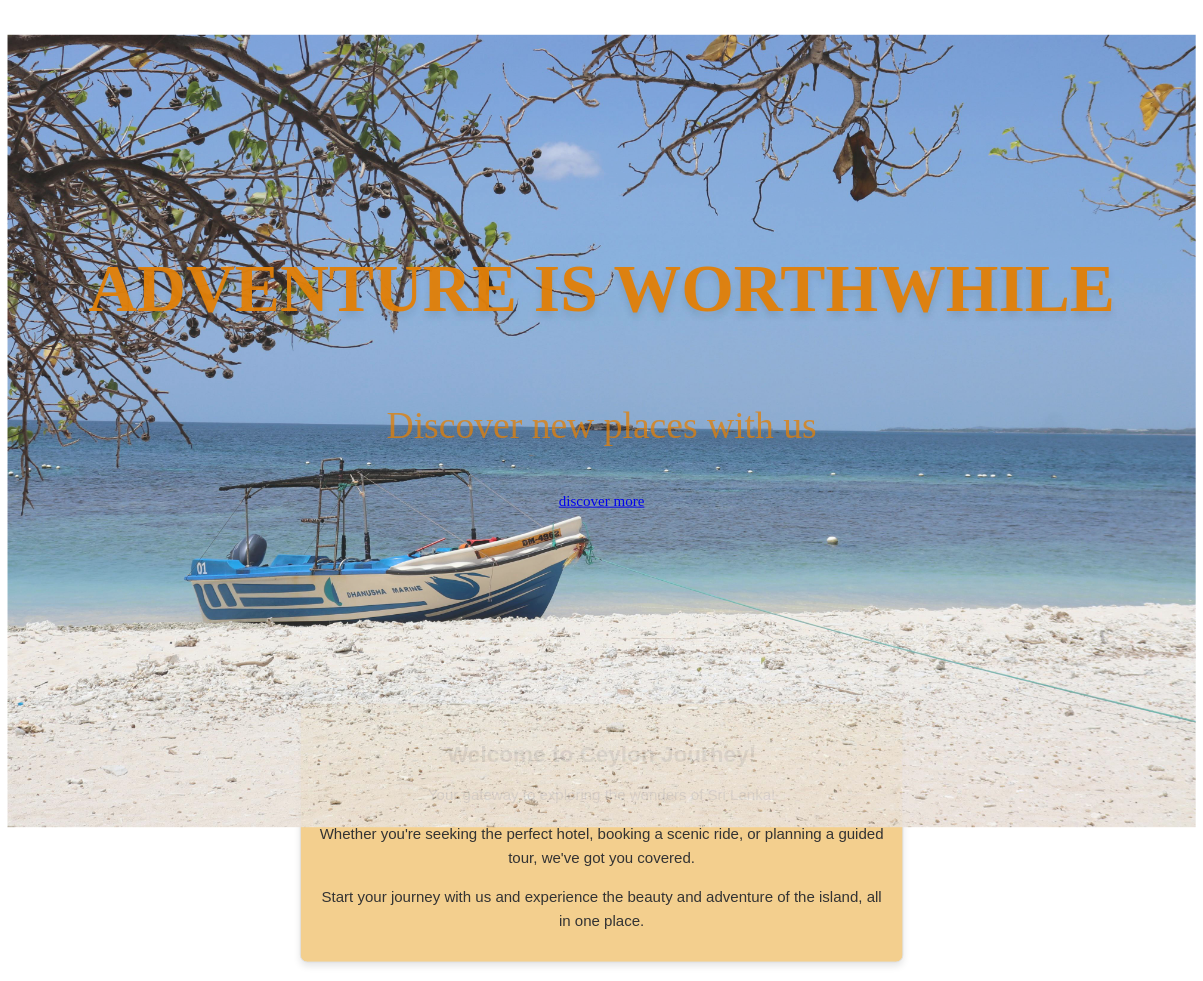
Repository: KasunInd27/Ceylon-Journey
Page: Home/home.html
An editor plug-in stored every save of this project. The page is shown before and after the next save, followed by the edit.
The browser window is 1280 px wide. The pictures show the whole page, at 94% of full size.

Above is the page before, as saved 2024-10-05 14:24:36.
Console error: SyntaxError: Unexpected token '<'

### Home/home.html
<!DOCTYPE html>
<html lang="en">
<head>
    <meta charset="UTF-8">
    <meta name="viewport" content="width=device-width, initial-scale=1.0">
    <!-- Font Awesome CDN link for using icons -->
    <link rel="stylesheet" href="https://cdnjs.cloudflare.com/ajax/libs/font-awesome/5.15.3/css/all.min.css">
    <link href="https://fonts.googleapis.com/css2?family=Roboto:wght@400;700&display=swap" rel="stylesheet">

    <link rel="stylesheet" href="CSS/home.css">
    <script src="JS/home.js"></script>
    <style>
        .mySlides {display:none;}
    </style>
    <title>Home Page</title>
</head>
<body>
    <section class="home" id="home">
        <div class="content">
            <h3>adventure is worthwhile</h3>
            <p>Discover new places with us</p>
            <a href="#" class="btn">discover more</a>
        </div>

        <div class="slide">
            <img class="homeSlides" src="../image/train.jpg" style="width:100%">
            <img class="homeSlides" src="../image/boat.jpg" style="width:100%">
            <img class="homeSlides" src="../image/fish.jpg" style="width:100%">
        </div>
    </section>

    <section class="welcome">
        <h2>Welcome to Ceylon Journey!</h2>
        <p>Your gateway to exploring the wonders of Sri Lanka!</p>
        <p>Whether you're seeking the perfect hotel, booking a scenic ride, or planning a guided tour, we've got you covered.</p>
        <p>Start your journey with us and experience the beauty and adventure of the island, all in one place.</p>
    </section>

    <script>
        var myIndex = 0;
        carousel();

        function carousel() {
          var i;
          var x = document.getElementsByClassName("homeSlides");
          for (i = 0; i < x.length; i++) {
            x[i].style.display = "none";
          }
          myIndex++;
          if (myIndex > x.length) {myIndex = 1}
          x[myIndex-1].style.display = "block";
          setTimeout(carousel, 4000); // Change image every 2 seconds
        }
        </script>




</body>
</html>

### Home/CSS/home.css
.home.controls {
    padding: 1rem;
    border-radius: 5rem;
    background: rgba(169, 1, 1, 0.7);
    position: relative;
    top: 10rem;

}

.home .controls .img-btn {

    height: 2rem;
    width: 2rem;
    display: inline-block;
    border-radius: 50%;
    background: #fff;
    cursor: pointer;
    margin: 0 .5rem;

}
.home .controls .img-btn.active {
    background: var(--orange);
}
#home {
    min-height: 100vh;
    /* Ensures it takes up the full viewport height */
    display: flex;
    /* Enables flexbox layout */
    align-items: center;
    /* Vertically centers content */
    justify-content: center;
    /* Horizontally centers content */
    flex-flow: column;
    /* Aligns children in a column layout */
    position: relative;
    /* Allows child elements to use absolute positioning */
    z-index: 0;
    /* Ensures this section has the correct stacking order */
}
.home .content {
    text-align: center;
    /* Centers the text within the .content container */
}
/* Styles for h3 elements inside the .content class within the .home section */

.home .content h3 {
    font-size: 4.5rem;
    /* Sets a large font size for the heading */
    color: #e17f08f4;
    /* White text color */
    text-transform: uppercase;
    /* Makes the text uppercase */
    text-shadow: 0 .3rem .5rem rgba(0, 0, 0, .1);
    /* Adds a soft shadow to the text */
}

.home .content p {
    font-size: 2.5rem;
    /* Sets the font size for paragraphs inside the .content class in the .home section */
    color: #e17f08f4;
    /* Sets the text color to white */
    padding: 0.5rem 0;
    /* Adds vertical padding (top and bottom) of 0.5rem */
    opacity: 0.80;
    z-index: -1;
}


.slide
{
    margin-top: -590px;
    background-size:contain;
    background-position:center;
    background-repeat: no-repeat;
    position:absolute;
    width: 100%;
    height: 10%;
    opacity: 0.90;
    z-index: -1;
}

.welcome {
    background-color: #f3cf8e; /* Light background */
    border: 1px solid #dee2e6; /* Border around the section */
    border-radius: 8px; /* Rounded corners */
    padding: 20px; /* Padding inside the section */
    margin: 20px auto; /* Center the section */
    max-width: 600px; /* Maximum width */
    text-align: center; /* Center text */
    box-shadow: 0 4px 8px rgba(0, 0, 0, 0.1); /* Subtle shadow for depth */
    font-family: 'Playwrite Deutschland Grundschrift', sans-serif; /* Apply the Roboto font */
    z-index: -1;
}

.welcome h2 {
    color: #412b03; /* Primary color for heading */
    margin-bottom: 15px; /* Space below the heading */
    z-index: -5;
}

.welcome p {
    color: #333; /* Dark gray for text */
    line-height: 1.6; /* Improved line spacing */
    margin-bottom: 10px; /* Space below paragraphs */
    z-index: -5;
}

### Home/JS/home.js
<!DOCTYPE html>
<html lang="en">
<head>
    <meta charset="UTF-8">
    <meta name="viewport" content="width=device-width, initial-scale=1.0">
    <!-- Font Awesome CDN link for using icons -->
    <link rel="stylesheet" href="https://cdnjs.cloudflare.com/ajax/libs/font-awesome/5.15.3/css/all.min.css">
    <link href="https://fonts.googleapis.com/css2?family=Roboto:wght@400;700&display=swap" rel="stylesheet">

    <link rel="stylesheet" href="CSS/home.css">
    <script src="JS/home.js"></script>
    <style>.imgSlide {display:none;}</style>
    <title>Home Page</title>
</head>
<body>
    <section class="home" id="home">
        <div class="content">
            <h3>adventure is worthwhile</h3>
            <p>discover new places with us,adventure awaits</p>
            <a href="#" class="btn">discover more</a>
        </div>

        <div class="image-slide" style="max-width:500px">
            <img class="imgSlide" src="../image/train.jpg" style="width:100%">
            <img class="imgSlide" src="../image/elephants.jpg" style="width:100%">
            <img class="imgSlide" src="../image/boats.jpg" style="width:100%">
            <img class="imgSlide" src="../image/fish.jpg" style="width:100%">
            <img class="imgSlide" src="../image/arc.jpg" style="width:100%">

        </div>


    </section>
</body>
</html>

After the next save:
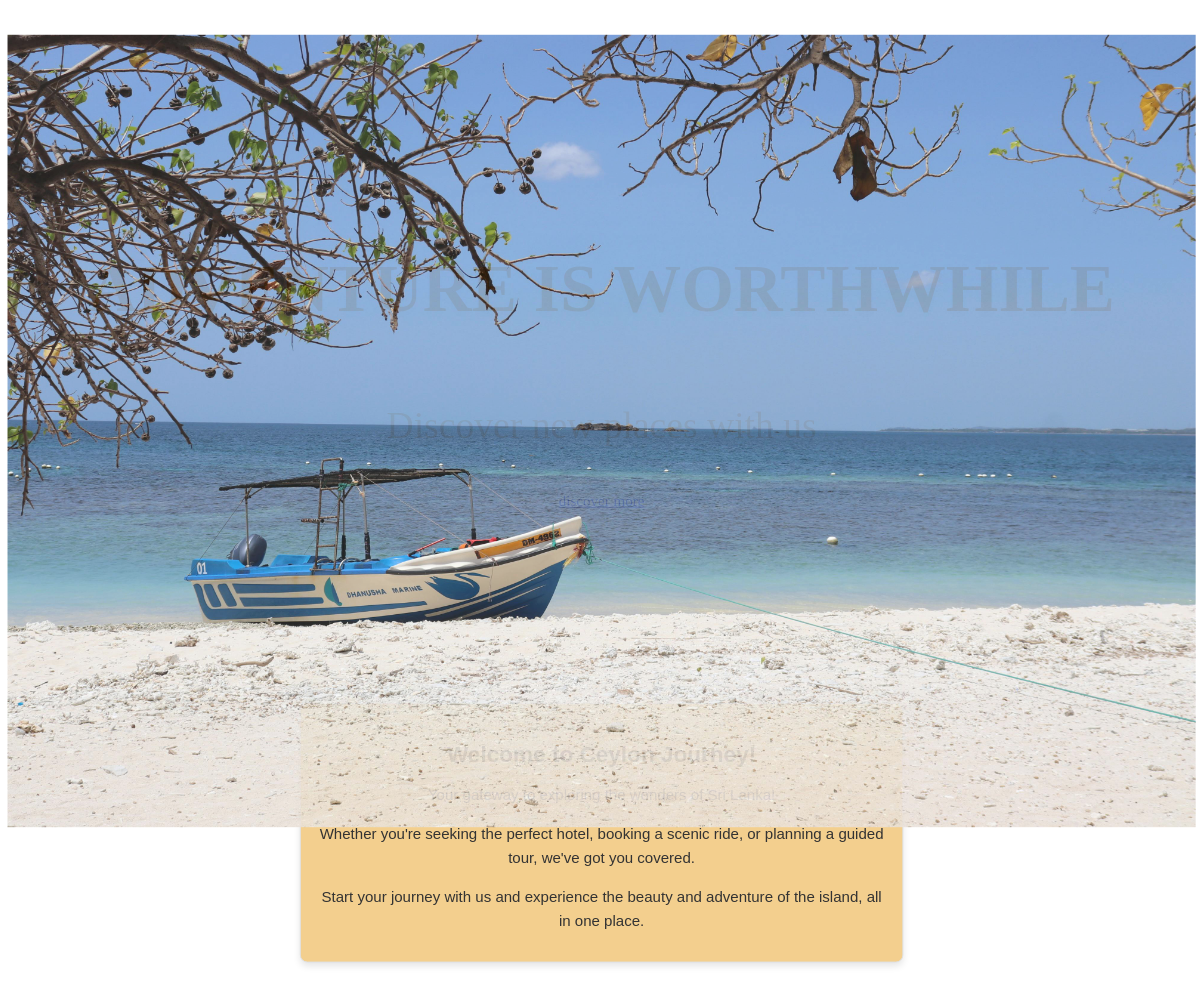
Saved 2 min 17 s later.
--- a/Home/CSS/home.css
+++ b/Home/CSS/home.css
@@ -76,7 +76,7 @@
     width: 100%;
     height: 10%;
     opacity: 0.90;
-    z-index: -1;
+
 }
 
 .welcome {

After the save that followed:
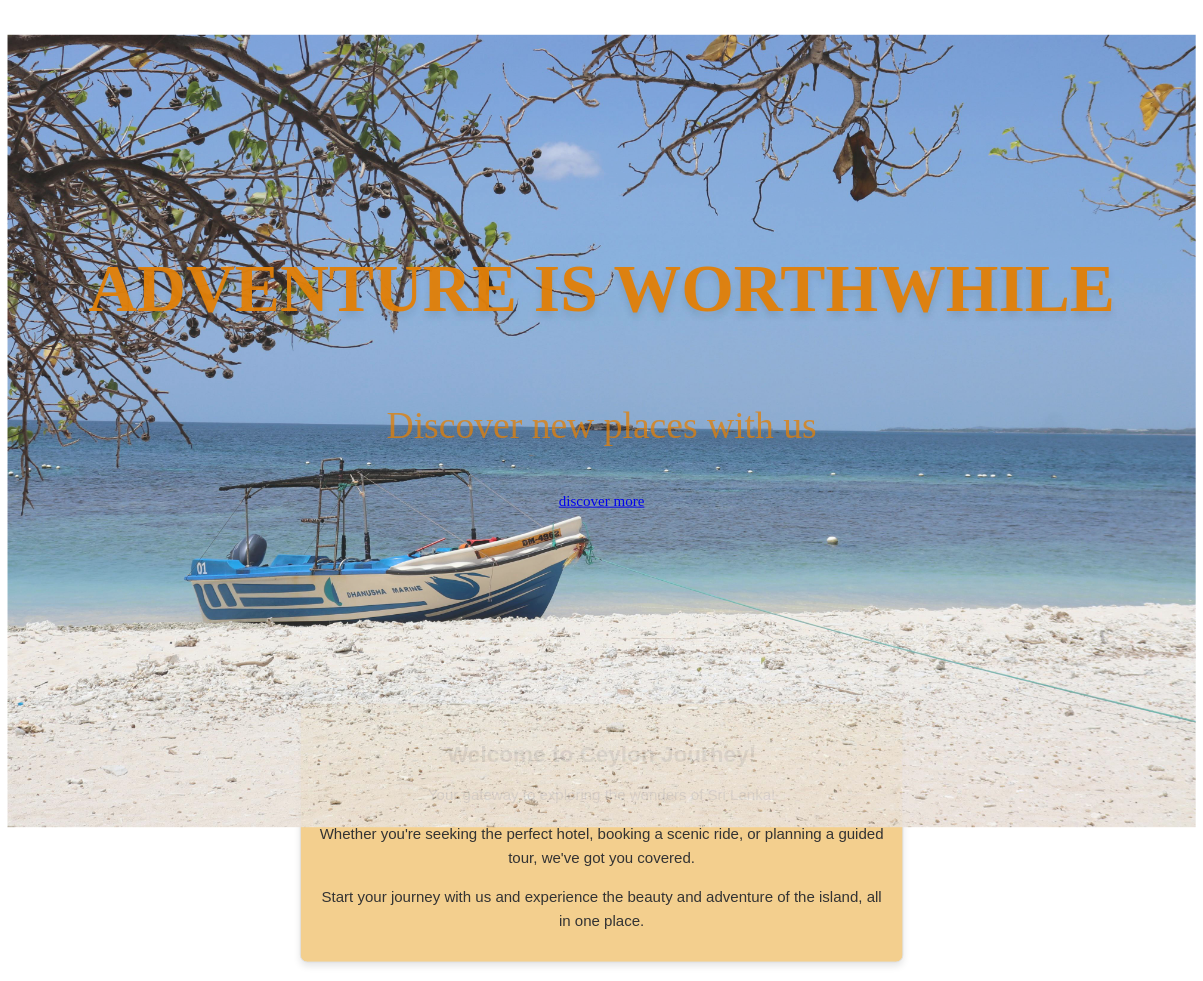
Saved 18 s later.
--- a/Home/CSS/home.css
+++ b/Home/CSS/home.css
@@ -76,7 +76,7 @@
     width: 100%;
     height: 10%;
     opacity: 0.90;
-
+    z-index: -1;
 }
 
 .welcome {
